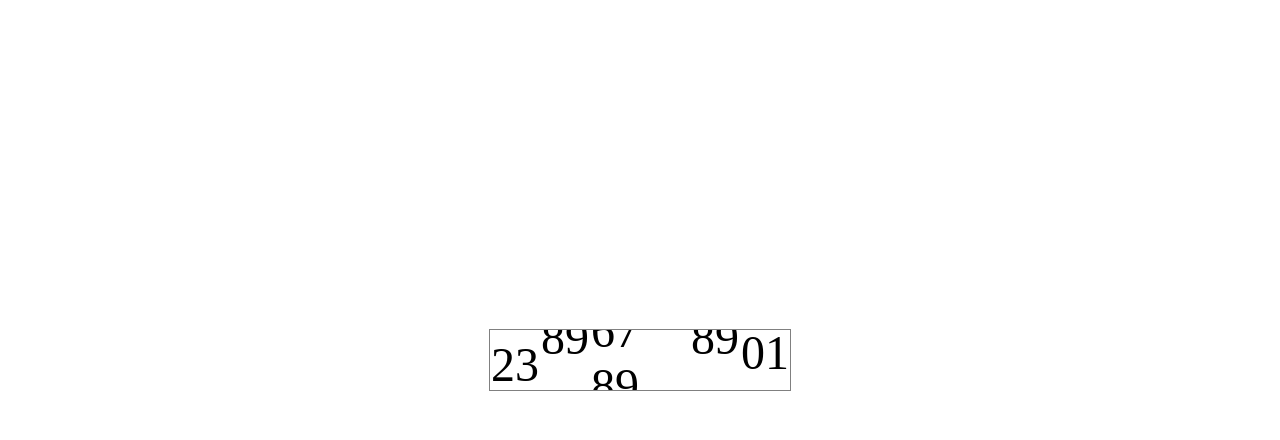
Repository: cbtpro/javascript
Page: src/animation-time/index.html
These files come from the project's save history. The page is drawn as it stood at one moment and after the next save; the edit follows.
The browser window is 1280 px wide. The pictures show the whole page.

Above is the page before, as saved 2023-04-05 17:21:41.

### src/animation-time/index.html
<!DOCTYPE html>
<html lang="zh" dir="ltr">

<head>
  <meta charset="utf-8">
  <title>动画时间</title>
  <style type="text/css">
    * {
      margin: 0;
      padding: 0;
    }
    html,
    body {
      margin: 0;
    }

    .container {
      font-size: 12px;
      position: absolute;
      top: 50%;
      left: 50%;
      width: 300px;
      height: 60px;
      transform: translate(-50%, -50%);
      border: 1px gray solid;
      overflow: hidden;
    }

    .time-block {
      float: left;
      position: relative;
      font-size: 4em;
      width: 50px;
      text-align: center;
      word-wrap: break-word;
      transition: top 1s;
    }
  </style>
  <script type="text/javascript">
    /**
    * 生成安全随机数
    * @param {*} min 最小值（包含）
    * @param {*} max 最大值（包含）
    * @param {*} isFloat 是否带小数
    * @returns {number} 范围内随机数
    */
    const random = function (min = 0, max = 100, isFloat = false) {
      const array = new Uint32Array(1)
      const maxUint = 0xffffffff
      const randomNumber = crypto.getRandomValues(array)[0] / maxUint
      const randomRangeValue = (max - min + 1) * randomNumber + min
      return isFloat ? randomRangeValue : Math.floor(randomRangeValue)
    }
    // window.onload = () => {
    //   let timeBlocks = document.querySelectorAll('.time-block')
    //   setInterval(() => {
    //     let now = new Date()
    //     let timeStr = `${now.getHours()}${now.getMinutes()}${now.getSeconds()}`
    //     Array.from(timeStr, (num, i) => {
    //       let n = Number(num);
    //       timeBlocks.item(i).style.top = -83 * n + 'px';
    //     })
    //   }, 1000)
    // }
    const tick = (timeBlocks) => {
      let now = new Date()
      let timeStr = `${now.getHours()}${now.getMinutes()}${now.getSeconds()}`
      console.log(timeStr);
      Array.from(timeStr, (num, i) => {
        let n = Number(num);
        timeBlocks.item(i).style.top = -1 * n + 'em';
      })
    }
    const start = () => {
      let timeBlocks = document.querySelectorAll('.time-block')
      window.setTimeout(() => {
        tick(timeBlocks);
        start();
      }, 1000)
    };
    window.onload = () => {
      start();
    }
  </script>
</head>

<body>
  <div class="container">
    <div class="time-block">0123456789</div>
    <div class="time-block">0123456789</div>
    <div class="time-block">0123456789</div>
    <div class="time-block">0123456789</div>
    <div class="time-block">0123456789</div>
    <div class="time-block">0123456789</div>
  </div>
</body>

</html>

After the next save:
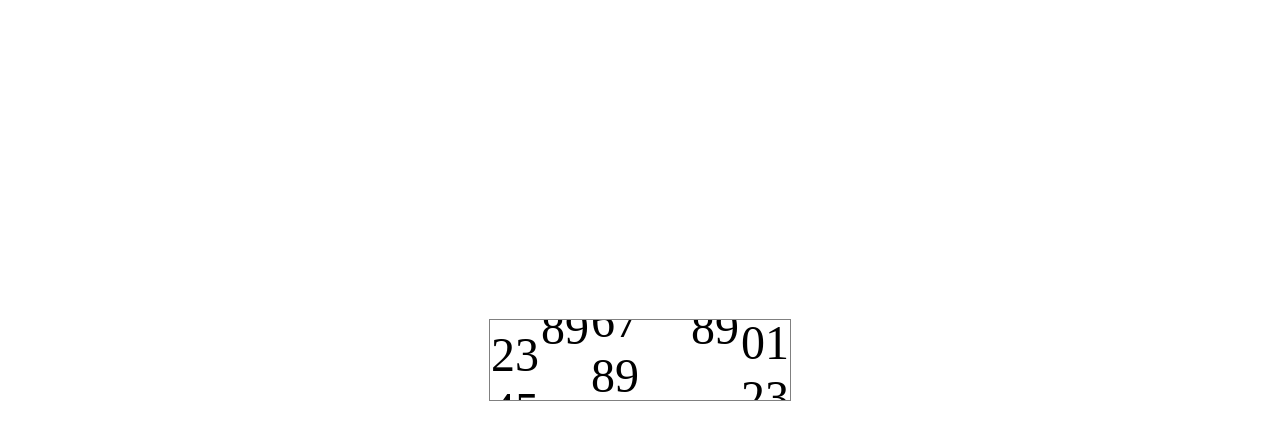
Saved 12 s later.
--- a/src/animation-time/index.html
+++ b/src/animation-time/index.html
@@ -20,7 +20,7 @@
       top: 50%;
       left: 50%;
       width: 300px;
-      height: 60px;
+      height: 80px;
       transform: translate(-50%, -50%);
       border: 1px gray solid;
       overflow: hidden;
